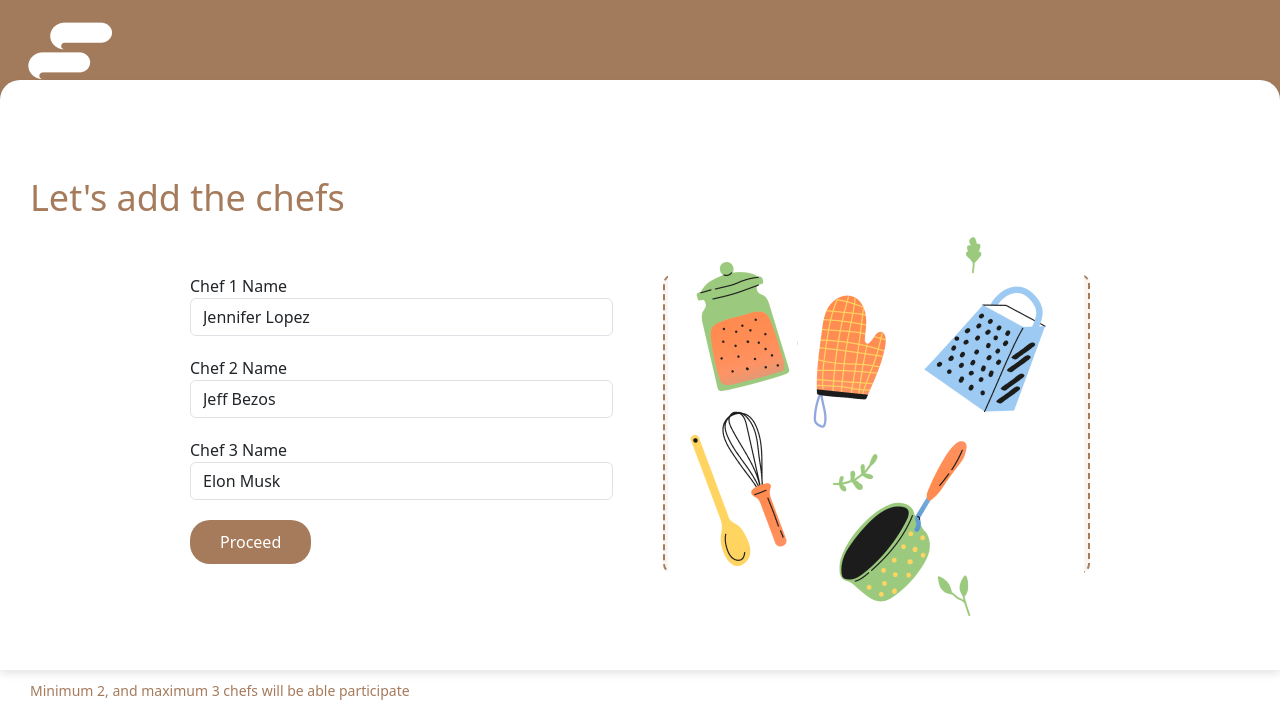
Repository: devashrisamani/SMC
Page: addchefs.html
An editor plug-in stored every save of this project. The page is shown before and after the next save, followed by the edit.
The browser window is 1280 px wide. The pictures show the whole page.

Above is the page before, as saved 2024-10-14 11:13:40.

### addchefs.html
<!DOCTYPE html>
<html lang="en">
  <head>
    <meta charset="UTF-8" />
    <meta name="viewport" content="width=device-width, initial-scale=1.0" />
    <link
      href="https://cdn.jsdelivr.net/npm/bootstrap@5.3.0-alpha1/dist/css/bootstrap.min.css"
      rel="stylesheet"
    />
    <title>Add Chefs</title>
    <style>
      /* Header background color */
      header {
        background-color: #a27b5c;
        height: 100px;
        overflow: hidden;
      }

      /* Custom rounded container styling */
      .rounded-container {
        background-color: #fff;
        border-radius: 20px 20px 0 0;
        box-shadow: 0px 4px 8px rgba(0, 0, 0, 0.1);
        padding: 30px;
        margin-top: -20px;
        min-height: calc(
          100vh - 130px
        ); /* Adjusted for better height calculation */
        display: flex;
        flex-direction: column;
        justify-content: center; /* Center the form and image */
        align-items: center;
      }

      /* Header title styles */
      .header-title {
        color: #a67b5c;
        font-size: 36px;
        text-align: left;
        width: 100%;
        margin-bottom: 20px;
      }

      /* Form container styles */
      .form-container {
        display: flex;
        justify-content: space-between;
        align-items: flex-start;
        gap: 50px;
        width: 100%;
        max-width: 900px;
        margin-top: 30px;
      }

      .form-control {
        margin-bottom: 20px;
      }

      .form-column {
        flex: 1;
      }

      .image-column {
        flex: 1;
        background-color: #f9f4ef;
        display: flex;
        justify-content: center;
        align-items: center;
        height: 300px;
        border-radius: 10px;
        border: 2px dashed #a67b5c;
      }

      /* Proceed button styles */
      .proceed-btn {
        background-color: #a67b5c;
        color: white;
        font-size: 16px;
        padding: 10px 30px;
        border-radius: 20px;
        border: none;
        cursor: pointer;
      }

      .proceed-btn:hover {
        background-color: #8c6649;
      }

      /* Bottom border line */
      .bottom-line {
        margin-top: 10px;
        font-size: 14px;
        text-align: left;
        color: #a67b5c;
        padding-left: 30px; /* Ensure it lines up nicely with the form */
      }
    </style>
  </head>
  <body>
    <!-- Header -->
    <header class="container-fluid border-bottom py-3">
      <div class="d-flex justify-content-between align-items-center">
        <!-- Logo -->
        <div>
          <img
            src="images/Logo White Colour - 100 px.png"
            alt="Logo"
            class="logo"
          />
        </div>

        <!-- Help Icon -->
        <div>
          <i class="bi bi-question-circle-fill fs-4 text-muted"></i>
        </div>
      </div>
    </header>

    <!-- Main Content with rounded top edges -->
    <section class="container-fluid rounded-container">
      <h1 class="header-title mb-4 text-start">Let's add the chefs</h1>

      <div class="form-container">
        <!-- Form section -->
        <div class="form-column">
          <form id="chef-form">
            <label for="chef1">Chef 1 Name</label>
            <input
              type="text"
              id="chef1"
              class="form-control"
              value="Jennifer Lopez"
            />

            <label for="chef2">Chef 2 Name</label>
            <input
              type="text"
              id="chef2"
              class="form-control"
              value="Jeff Bezos"
            />

            <label for="chef3">Chef 3 Name</label>
            <input
              type="text"
              id="chef3"
              class="form-control"
              value="Elon Musk"
            />

            <button type="submit" class="proceed-btn">Proceed</button>
          </form>
        </div>

        <!-- Image placeholder section -->
        <div class="image-column">
          <img
            src="images/Adding Chefs PNGs.png"
            alt="Description of image"
            class="img-fluid"
          />
        </div>
      </div>
    </section>

    <!-- Bottom line as shown in the image, now outside the rounded container and left-aligned -->
    <div class="bottom-line">
      Minimum 2, and maximum 3 chefs will be able participate
    </div>

    <script>
      // Handle form submission
      document
        .getElementById("chef-form")
        .addEventListener("submit", function (event) {
          event.preventDefault();

          // Get the chef names from the input fields
          const chef1 = document.getElementById("chef1").value;
          const chef2 = document.getElementById("chef2").value;
          const chef3 = document.getElementById("chef3").value;

          // Save the names to localStorage
          localStorage.setItem("chef1", chef1);
          localStorage.setItem("chef2", chef2);
          localStorage.setItem("chef3", chef3);

          // Redirect to the assign page
          window.location.href = "url.html";
        });
    </script>
  </body>
</html>

After the next save:
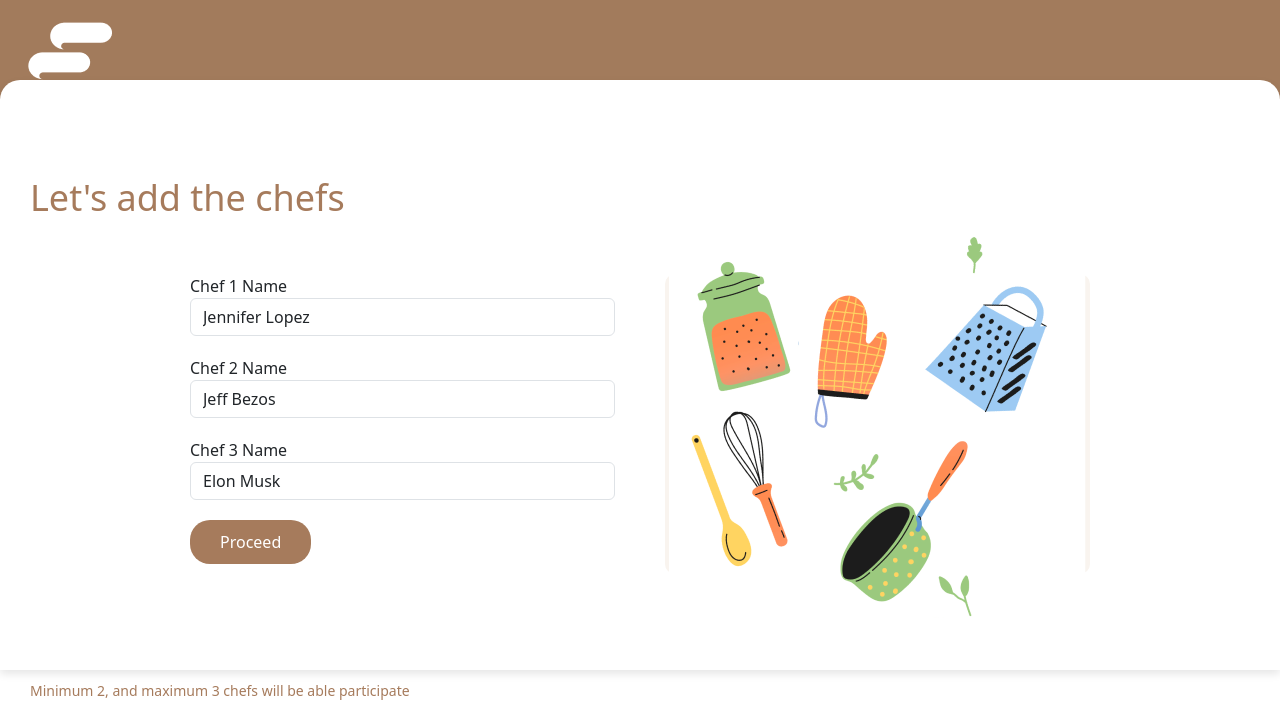
Saved 6 s later.
--- a/addchefs.html
+++ b/addchefs.html
@@ -68,7 +68,6 @@
         align-items: center;
         height: 300px;
         border-radius: 10px;
-        border: 2px dashed #a67b5c;
       }
 
       /* Proceed button styles */
